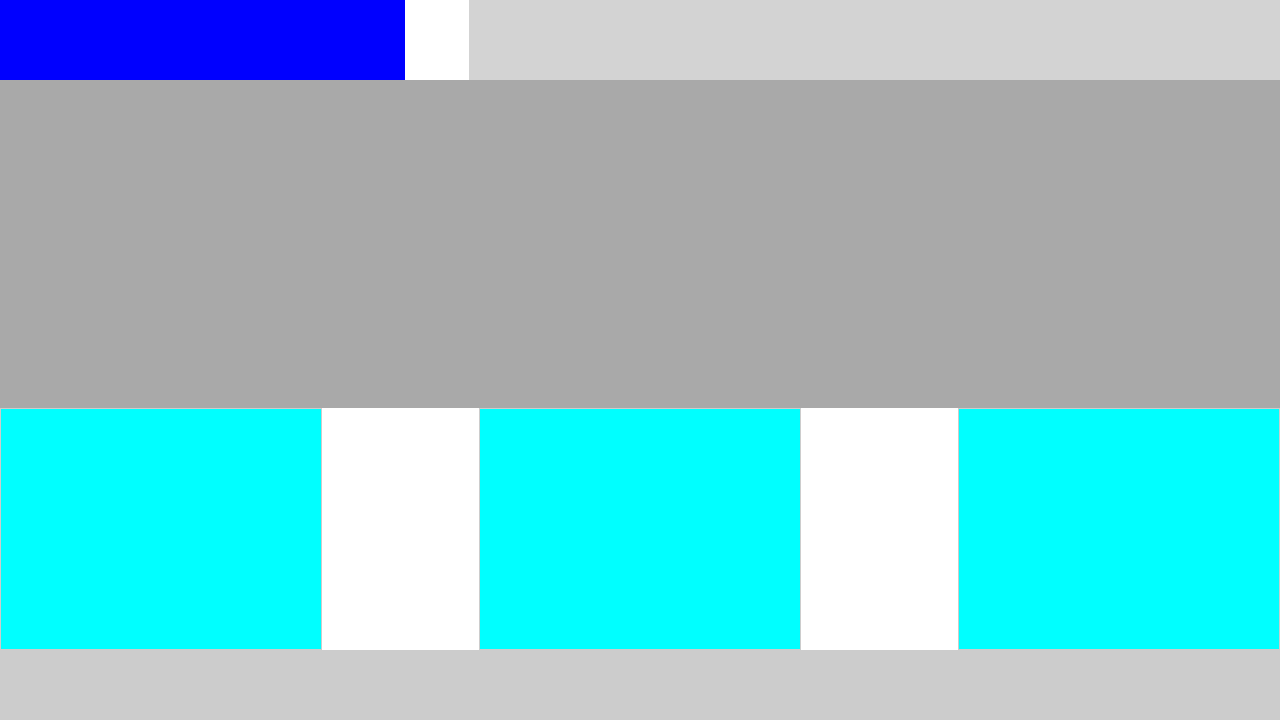
Repository: punitbathija/Placement-Assitance-iNeuron
Page: responsive-web-design.html
The author's editor kept a copy of each file at every save. The page is drawn from the files as they stood at one save, then again after the next save.
The browser window is 1280 px wide. The pictures show the whole page.

Above is the page before, as saved 2023-05-23 15:26:09.

After the next save:
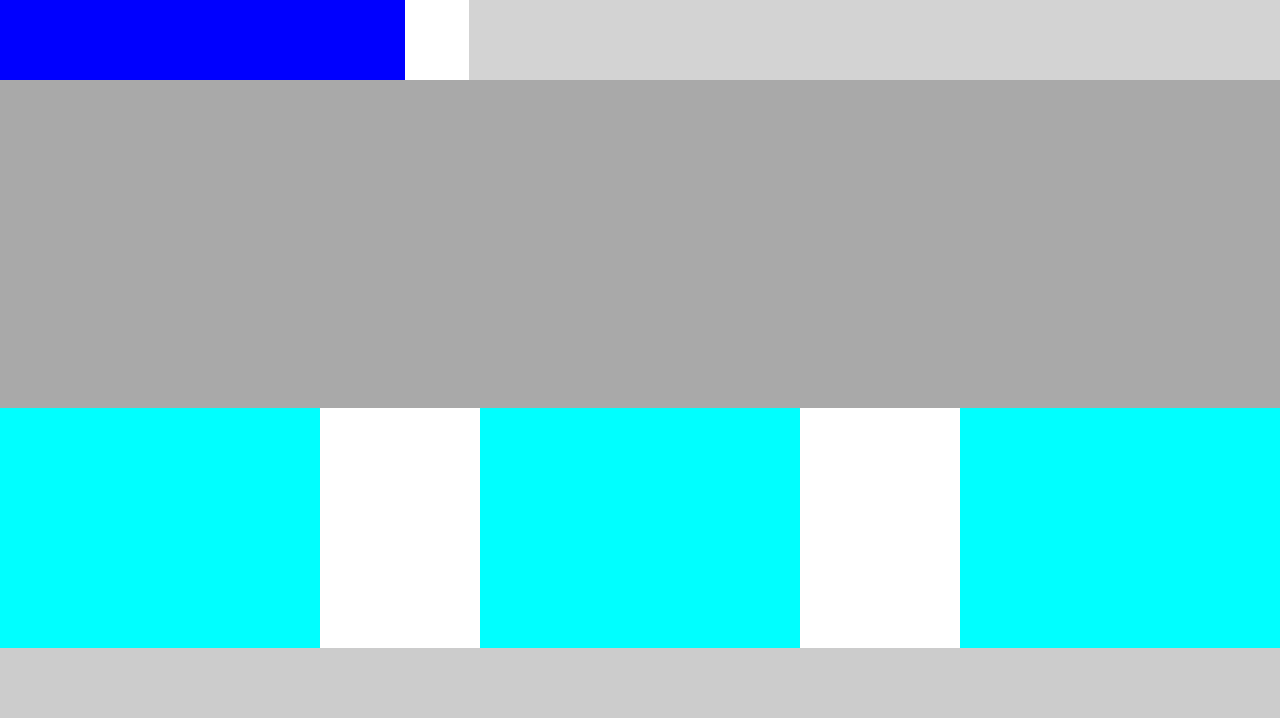
Saved 37 s later.
--- a/responsive-web-design.html
+++ b/responsive-web-design.html
@@ -51,7 +51,6 @@
       .slider-item {
         width: 25%;
         height: 15rem;
-        border: 1px solid #ccc;
         background-color: aqua;
       }
 
